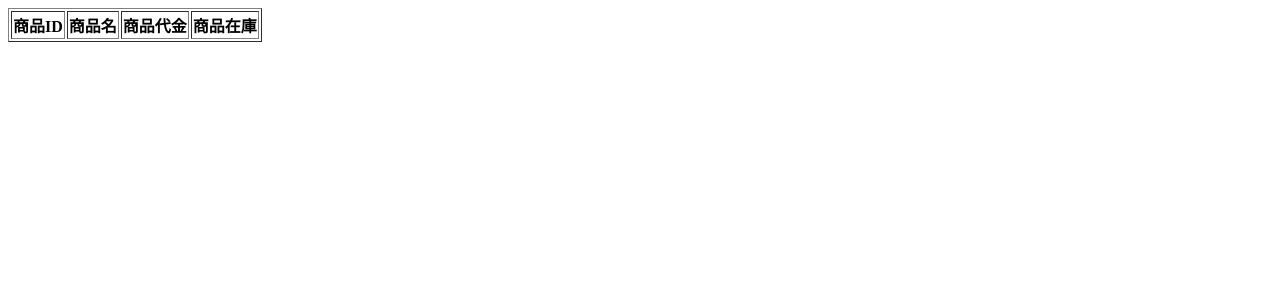
Repository: sachiyuki/java
Page: http://localhost/AdminLogin/itemedit.jsp
An editor plug-in stored every save of this project. The page is shown before and after the next save, followed by the edit.
The browser window is 1280 px wide. The pictures show the whole page.
The page is served by Tomcat 9. Other server files are loaded and not shown.

Above is the page before, as saved 2018-03-05 07:38:35.

### AdminLogin/WebContent/itemedit.jsp
<%@ page language="java" contentType="text/html; charset=UTF-8"
    pageEncoding="UTF-8"%>
    <%@ taglib prefix="s" uri="/struts-tags" %>
<!DOCTYPE html PUBLIC "-//W3C//DTD HTML 4.01 Transitional//EN" "http://www.w3.org/TR/html4/loose.dtd">
<html>
<head>
<meta http-equiv="Content-Type" content="text/html; charset=UTF-8">
<title>Insert title here</title>
</head>
<body>

<s:form>
<table border="1">
<tr>
	<th>商品ID</th>
	<th>商品名</th>
	<th>商品代金</th>
	<th>商品在庫</th>
</tr>
<s:iterator value="itemList">
<tr>
	<td><s:property value="id"/></td>
	<td><s:property value="itemName"/></td>
	<td><s:property value="itemPrice"/></td>
	<td><s:property value="itemStock"/></td>
</tr>
</s:iterator>
</table>
</s:form>

</body>
</html>

After the next save:
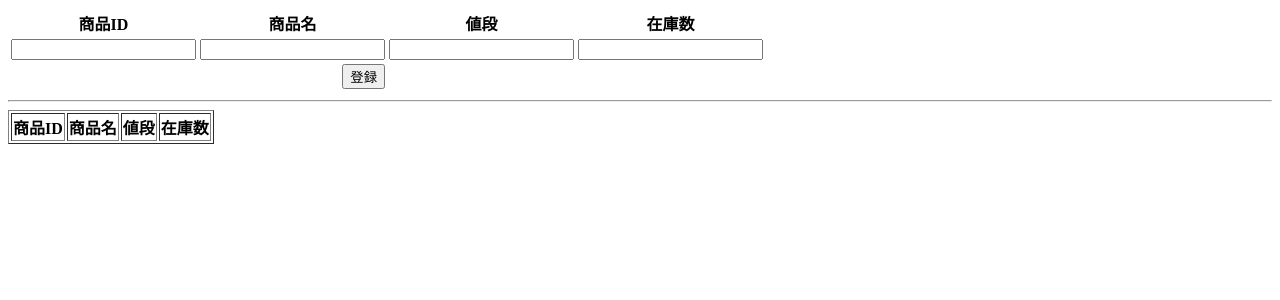
Saved 4 min 48 s later.
--- a/AdminLogin/WebContent/itemedit.jsp
+++ b/AdminLogin/WebContent/itemedit.jsp
@@ -9,13 +9,33 @@
 </head>
 <body>
 
+<s:form action="ItemAction">
+<table border="0">
+<tr>
+	<th>商品ID</th>
+	<th>商品名</th>
+	<th>値段</th>
+	<th>在庫数</th>
+</tr>
+<tr>
+	<td><input type="text" name="itemId" value=""/></td>
+	<td><input type="text" name="newName" value=""/></td>
+	<td><input type="text" name="newPrice" value=""/></td>
+	<td><input type="text" name="newStock" value=""/></td>
+	<td><s:submit value="登録"/></td>
+</tr>
+</table>
+</s:form>
+
+<hr>
+
 <s:form>
 <table border="1">
 <tr>
 	<th>商品ID</th>
 	<th>商品名</th>
-	<th>商品代金</th>
-	<th>商品在庫</th>
+	<th>値段</th>
+	<th>在庫数</th>
 </tr>
 <s:iterator value="itemList">
 <tr>
